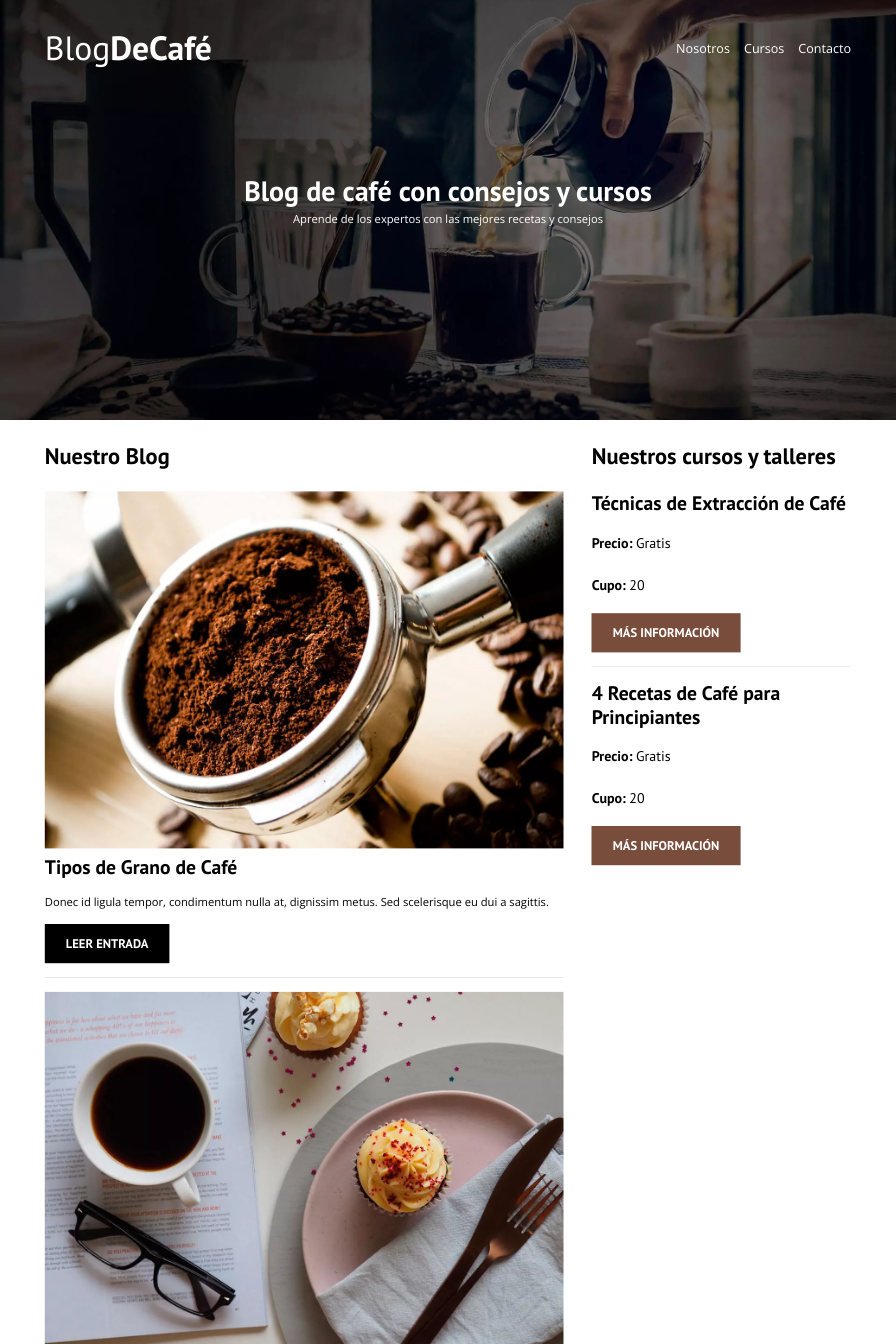
Repository: araque1990/blog_de_cafe
Page: index.html
These files come from the project's save history. The page is drawn as it stood at one moment and after the next save; the edit follows.
The browser window is 1280 px wide. The pictures show the part of the page from y = 0 to 1920 px (the page is 2992 px tall), at 70% of full size.

Above is the page before, as saved 2023-01-15 16:14:43.

### index.html
<!DOCTYPE html>
<html lang="es">
<head>
  <meta charset="UTF-8">
  <meta http-equiv="X-UA-Compatible" content="IE=edge">
  <meta name="viewport" content="width=device-width, initial-scale=1.0, user-scalable=no">
  <title>Blog de Café</title>
  <meta name="description" content="Página web de blog de café">
  <!-- Prefetch -->
  <link rel="prefetch" href="nosotros.html" as="document">

  <!-- Preload -->
  <link rel="preload" href="css/normalize.css" as="style">
  <link rel="stylesheet" href="css/normalize.css">

  <link rel="preload" href="https://fonts.googleapis.com/css2?family=Open+Sans&family=PT+Sans:wght@400;700&display=swap" crossorigin="crossorigin" as="font">
  <link rel="preconnect" href="https://fonts.googleapis.com"><link rel="preconnect" href="https://fonts.gstatic.com" crossorigin><link href="https://fonts.googleapis.com/css2?family=Open+Sans&family=PT+Sans:wght@400;700&display=swap" rel="stylesheet">

  <link rel="preload" href="css/styles.css" as="style">
  <link rel="stylesheet" href="css/styles.css">

</head>
<body>

  <header class="header">
    <div class="contenedor">
      <div class="barra">
        <a class="logo" href="index.html">
          <h1 class="logo__nombre no-margin centrar-texto">Blog<span class="logo__bold">DeCafé</span></h1>
        </a>

        <nav class="navegacion">
          <a href="nosotros.html" class="navegacion__enlace">Nosotros</a>
          <a href="cursos.html" class="navegacion__enlace">Cursos</a>
          <a href="contacto.html" class="navegacion__enlace">Contacto</a>
        </nav>
      </div>
    </div>
    <div class="header__texto">
      <h2 class="no-margin">Blog de café con consejos y cursos</h2>
      <p class="no-margin">Aprende de los expertos con las mejores recetas y consejos</p>
    </div>
  </header>

  <div class="contenedor contenido-principal">
    <main class="blog">
      <h3>Nuestro Blog</h3>

      <article class="entrada">
        <div class="entrada__imagen">
          <picture>
            <source loading="lazy" srcset="img/blog1.webp" type="image/webp">
            <img loading="lazy" src="img/blog1.jpg" alt="imagen blog">
          </picture>
        </div>
        <div class="entrada__contenido">
          <h4 class="no-margin">Tipos de Grano de Café</h4>
          <p>Donec id ligula tempor, condimentum nulla at, dignissim metus. Sed scelerisque eu dui a sagittis.</p>
          <a href="entrada.html" class="boton boton--primario">Leer Entrada</a>
        </div>
      </article>

      <article class="entrada">
        <div class="entrada__imagen">
          <picture>
            <source loading="lazy" srcset="img/blog2.webp" type="image/webp">
            <img loading="lazy" src="img/blog2.jpg" alt="imagen blog">
          </picture>
        </div>
        <div class="entrada__contenido">
          <h4 class="no-margin">3 Deliciosas Recetas de Café</h4>
          <p>Donec id ligula tempor, condimentum nulla at, dignissim metus. Sed scelerisque eu dui a sagittis.</p>
          <a href="entrada.html" class="boton boton--primario">Leer Entrada</a>
        </div>
      </article>

      <article class="entrada">
        <div class="entrada__imagen">
          <picture>
            <source loading="lazy" srcset="img/blog3.webp" type="image/webp">
            <img loading="lazy" src="img/blog3.jpg" alt="imagen blog">
          </picture>
        </div>
        <div class="entrada__contenido">
          <h4 class="no-margin">Beneficios del Café</h4>
          <p>Donec id ligula tempor, condimentum nulla at, dignissim metus. Sed scelerisque eu dui a sagittis.</p>
          <a href="entrada.html" class="boton boton--primario">Leer Entrada</a>
        </div>
      </article>
    </main>

    <aside class="sidebar">
      <h3>Nuestros cursos y talleres</h3>

      <ul class="cursos no-padding">
        <li class="widget-curso">
          <h4 class="no-margin">Técnicas de Extracción de Café</h4>
          <p class="widget-curso__label">Precio:
            <span class="widget-curso__info">Gratis</span>
          </p>
          <p class="widget-curso__label">Cupo:
            <span class="widget-curso__info">20</span>
          </p>
          <a href="entrada.html" class="boton boton--secundario">Más Información</a>
        </li>
        <li class="widget-curso">
          <h4 class="no-margin">4 Recetas de Café para Principiantes</h4>
          <p class="widget-curso__label">Precio:
            <span class="widget-curso__info">Gratis</span>
          </p>
          <p class="widget-curso__label">Cupo:
            <span class="widget-curso__info">20</span>
          </p>
          <a href="entrada.html" class="boton boton--secundario">Más Información</a>
        </li>
      </ul>
    </aside>
  </div>

  <footer class="footer">
    <div class="contenedor">
      <div class="barra">
        <a class="logo" href="index.html">
          <h1 class="logo__nombre no-margin centrar-texto">Blog<span class="logo__bold">DeCafé</span></h1>
        </a>

        <nav class="navegacion">
          <a href="nosotros.html" class="navegacion__enlace">Nosotros</a>
          <a href="cursos.html" class="navegacion__enlace">Cursos</a>
          <a href="contacto.html" class="navegacion__enlace">Contacto</a>
        </nav>
      </div>
    </div>
  </footer>

  <script src="js/modernizr.js"></script>
</body>
</html>

### css/styles.css
:root {
  --fuenteHeading: 'PT Sans', sans-serif;
  --fuenteParrafos: 'Open Sans', sans-serif;

  --secundario: #784D3C;
  --gris: #E1E1E1;
  --blanco: #FFF;
  --negro: #000;
}
html {
  box-sizing: border-box;
  font-size: 62.5%;
}
*, *:before, *:after {
  box-sizing: inherit;
}
body {
  font-family: var(--fuenteParrafos);
  font-size: 1.6rem;
  line-height: 2;
}

/* Globales */
.contenedor {
  max-width: 120rem;
  width: 90%;
  /* width: min(90%, 120rem); //ESTO ES LO MISMO QUE LOS DOS ATRIBUTOS DE ARRIBA */
  margin: 0 auto;
}
a {
  text-decoration: none;
}
h1, h2, h3, h4 {
  font-family: var(--fuenteHeading);
  line-height: 1.2;
}
h1 {
  font-size: 4.8rem;
}
h2 {
  font-size: 4rem;
}
h3 {
  font-size: 3.2rem;
}
h4 {
  font-size: 2.8rem;
}
img {
  max-width: 100%;
}

/* Utilidades */
.no-margin {
  margin: 0;
}
.no-padding {
  padding: 0;
}
.centrar-texto {
  text-align: center;
}

/* Header */
.webp .header {
  background-image: url(../img/banner.webp);
}
.nowebp .header {
  background-image: url(../img/banner.jpg);
}
.header {
  height: 60rem;
  background-size: cover;
  background-repeat: no-repeat;
  background-position: center center;
}
.header__texto {
  text-align: center;
  color: var(--blanco);
  margin-top: 5rem;
}

@media (min-width: 768px) {
  .header__texto {
    margin-top: 15rem;
  }
}

@media (min-width: 768px) {
  .barra {
    display: flex;
    justify-content: space-between;
    align-items: center;
  }
}
.barra {
  padding-top: 4rem;
}
.logo {
  color: var(--blanco);
}
.logo__nombre {
  font-weight: 400;
}
.logo__bold {
  font-weight: 700;
}

@media (min-width: 768px) {
  .navegacion {
    display: flex;
    gap: 2rem;
  }
}
.navegacion__enlace {
  display: block;
  text-align: center;
  font-size: 1.8rem;
  color: var(--blanco);
}

@media (min-width: 768px) {
  .contenido-principal {
    display: grid;
    grid-template-columns: 2fr 1fr;
    column-gap: 4rem;
  }
}

.entrada {
  border-bottom: 1px solid var(--gris);
  margin-bottom: 2rem;
}
.entrada:last-of-type {
  border: none;
  margin-bottom: 0;
}
.boton {
  display: block;
  font-family: var(--fuenteHeading);
  color: var(--blanco);
  text-align: center;
  padding: 1rem 3rem;
  font-size: 1.8rem;
  text-transform: uppercase;
  font-weight: 700;
  margin-bottom: 2rem;
  border: none;
}
@media (min-width: 768px) {
  .boton {
    display: inline-block;
  }
}
.boton:hover {
  cursor: pointer;
}
.boton--primario {
  background-color: var(--negro);
}
.boton--secundario {
  background-color: var(--secundario);
}

.cursos {
  list-style: none;
}

.widget-curso {
  border-bottom: 1px solid var(--gris);
  margin-bottom: 2rem;
}
.widget-curso:last-of-type {
  border: none;
  margin-bottom: 0;
}
.widget-curso__label {
  font-family: var(--fuenteHeading);
  font-weight: 700;
}
.widget-curso__info {
  font-weight: 400;
}
.widget-curso__info, .widget-curso__label {
  font-size: 2rem;
}

.footer {
  background-color: var(--negro);
  padding-bottom: 3rem;
  margin-top: 4rem;
}

/* Sobre Nosotros */
@media (min-width: 768px) {
  .sobre-nosotros {
    display: grid;
    grid-template-columns: repeat(2, 1fr);
    column-gap: 2rem;
  }
}

.curso {
  padding: 3rem 0;
  border-bottom: 1px solid var(--gris);
}
@media (min-width: 768px) {
  .curso{
    display: grid;
    grid-template-columns: 1fr 2fr;
    column-gap: 2rem;
  }
}
.curso:last-of-type {
  border: none;
}

/* NOTA: podemos simplemente añadir estas clases a los estilos de widget correspodientes para evitar duplicidades. */
.curso__label {
  font-family: var(--fuenteHeading);
  font-weight: 700;
}
.curso__info {
  font-weight: 400;
}
.curso__info, .curso__label {
  font-size: 2rem;
}

/* Contacto */
.contacto-bg {
  background-image: url(../img/contacto.jpg);
  height: 40rem;
  background-size: cover;
  background-repeat: no-repeat;
}
.formulario {
  background-color: var(--blanco);
  margin: -5rem auto 0 auto;
  width: 95%;
  padding: 5rem;
}
.campo{
  display: flex;
  margin-bottom: 2rem;

}
.campo__label{
  flex: 0 0 9rem;
}
.campo__field {
  flex: 1;
  border: 1px solid var(--gris);
}

.campo__field--textarea{
  height: 20rem;
}

### nosotros.html
<!DOCTYPE html>
<html lang="es">
<head>
  <meta charset="UTF-8">
  <meta http-equiv="X-UA-Compatible" content="IE=edge">
  <meta name="viewport" content="width=device-width, initial-scale=1.0">
  <title>Blog de Café</title>
  <link rel="stylesheet" href="css/normalize.css">
  <link rel="preconnect" href="https://fonts.googleapis.com"><link rel="preconnect" href="https://fonts.gstatic.com" crossorigin><link href="https://fonts.googleapis.com/css2?family=Open+Sans&family=PT+Sans:wght@400;700&display=swap" rel="stylesheet">
  <link rel="stylesheet" href="css/styles.css">
</head>
<body>

  <header class="header">
    <div class="contenedor">
      <div class="barra">
        <a class="logo" href="index.html">
          <h1 class="logo__nombre no-margin centrar-texto">Blog<span class="logo__bold">DeCafé</span></h1>
        </a>

        <nav class="navegacion">
          <a href="nosotros.html" class="navegacion__enlace">Nosotros</a>
          <a href="cursos.html" class="navegacion__enlace">Cursos</a>
          <a href="contacto.html" class="navegacion__enlace">Contacto</a>
        </nav>
      </div>
    </div>
    <div class="header__texto">
      <h2 class="no-margin">Blog de café con consejos y cursos</h2>
      <p class="no-margin">Aprende de los expertos con las mejores recetas y consejos</p>
    </div>
  </header>

  <main class="contenedor">
    <h3 class="centrar-texto">Sobre Nosotros</h3>

    <div class="sobre-nosotros">
      <div class="sobre-nosotros__imagen">
        <img loading="lazy" src="img/nosotros.jpg" alt="imagen nosotros">
      </div>

      <div class="sobre-nosotros__texto">
        <p> Etiam orci felis, dictum sed sapien in, consectetur egestas erat. Cras sagittis velit augue, sit amet fringilla lectus eleifend sit amet. Etiam sodales fermentum leo, vitae euismod arcu tincidunt eget. Fusce molestie non nisi sit amet vulputate. Aliquam erat volutpat. Ut dignissim in velit in varius. Proin non congue nunc, et posuere nulla. Vivamus convallis malesuada neque, eget cursus nulla convallis et. Suspendisse quis lacus gravida, facilisis nulla porttitor, efficitur ante. Quisque at turpis non massa laoreet consequat et sed justo. Duis sollicitudin ex vitae facilisis rhoncus. Quisque aliquet porttitor urna in faucibus. Vivamus vitae urna et urna maximus mattis. Morbi et finibus leo.</p>

        <p>Aliquam lacinia neque consectetur dui varius dictum. Suspendisse aliquet odio massa, ut pharetra libero finibus accumsan. Interdum et malesuada fames ac ante ipsum primis in faucibus. Vestibulum nec ultricies nunc. Nam orci nulla, convallis nec auctor ac, vestibulum vel augue. Donec mattis nec sapien ac ullamcorper. In ut placerat sapien.</p>
      </div>
    </div>
  </main>

  <footer class="footer">
    <div class="contenedor">
      <div class="barra">
        <a class="logo" href="index.html">
          <h1 class="logo__nombre no-margin centrar-texto">Blog<span class="logo__bold">DeCafé</span></h1>
        </a>

        <nav class="navegacion">
          <a href="nosotros.html" class="navegacion__enlace">Nosotros</a>
          <a href="cursos.html" class="navegacion__enlace">Cursos</a>
          <a href="contacto.html" class="navegacion__enlace">Contacto</a>
        </nav>
      </div>
    </div>
  </footer>
</body>
</html>

Loaded but not shown: css/normalize.css (library); js/modernizr.js (library)

After the next save:
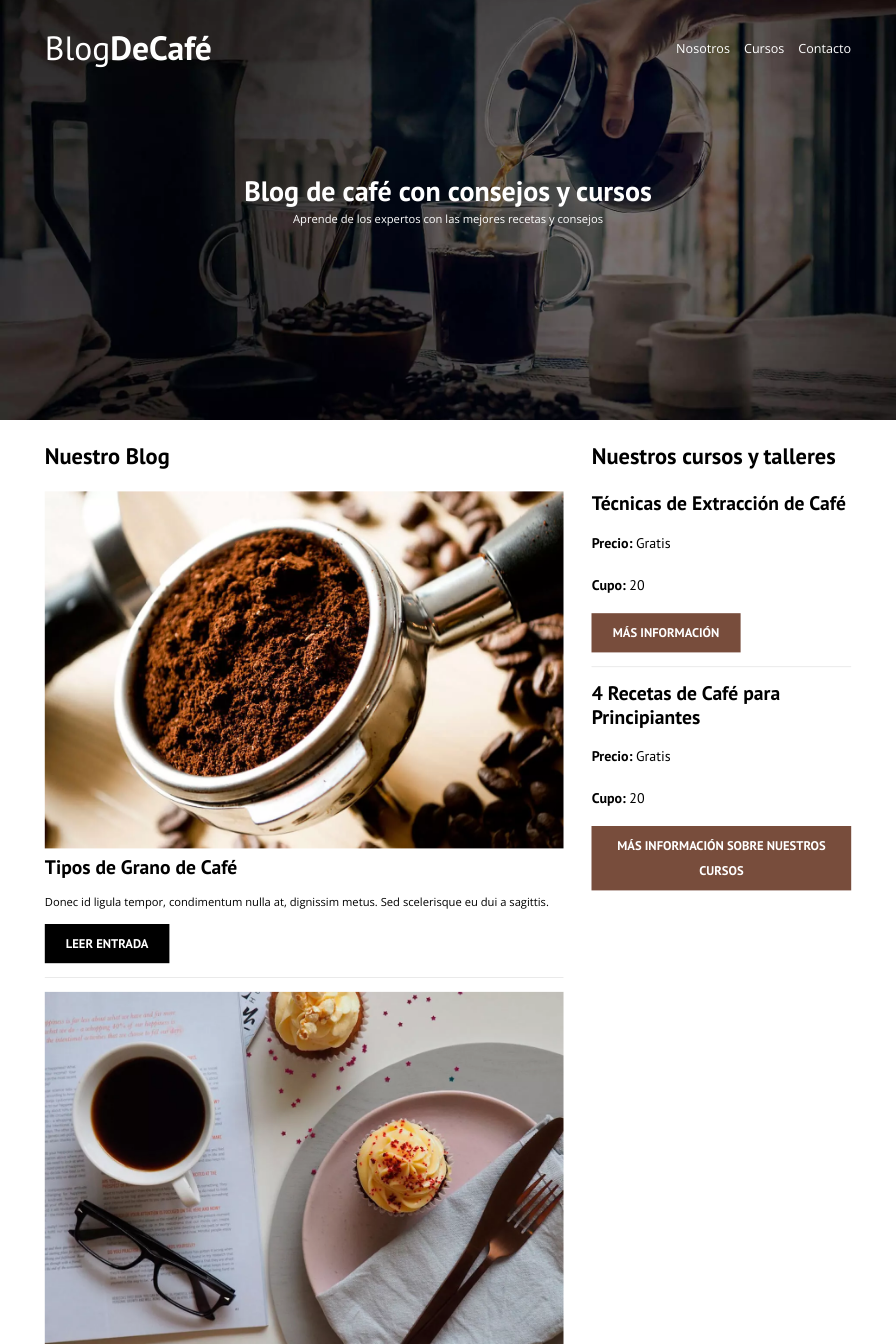
Saved 56 s later.
--- a/index.html
+++ b/index.html
@@ -111,7 +111,7 @@
           <p class="widget-curso__label">Cupo:
             <span class="widget-curso__info">20</span>
           </p>
-          <a href="entrada.html" class="boton boton--secundario">Más Información</a>
+          <a href="entrada.html" class="boton boton--secundario">Más Información sobre nuestros cursos</a>
         </li>
       </ul>
     </aside>
